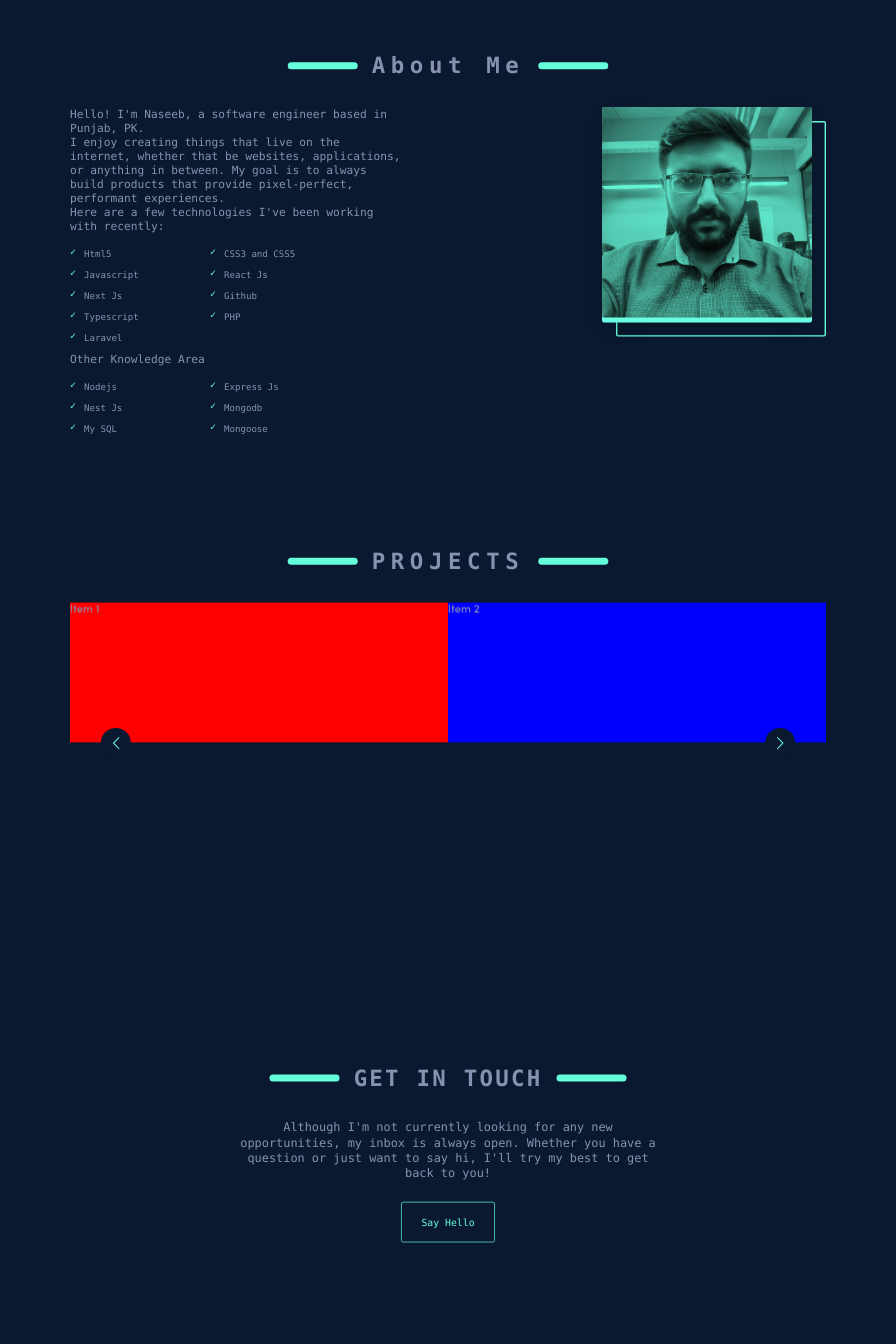
Repository: naseebali/naseebali.github.io
Page: /
These files come from the project's save history. The page is drawn as it stood at one moment and after the next save; the edit follows.
The browser window is 1280 px wide. The pictures show the part of the page from y = 777 to 2697 px (the page is 2825 px tall), at 70% of full size.
The project was rebuilt for these pictures with package versions that can differ from the ones it lists, and the page was loaded fresh each time. The framework's server and built-in components were replaced by stand-ins that run in the browser. Also part of the build but not shown: next.config.js.

Above is the page before, as saved 2020-06-26 20:53:40.

After the next save:
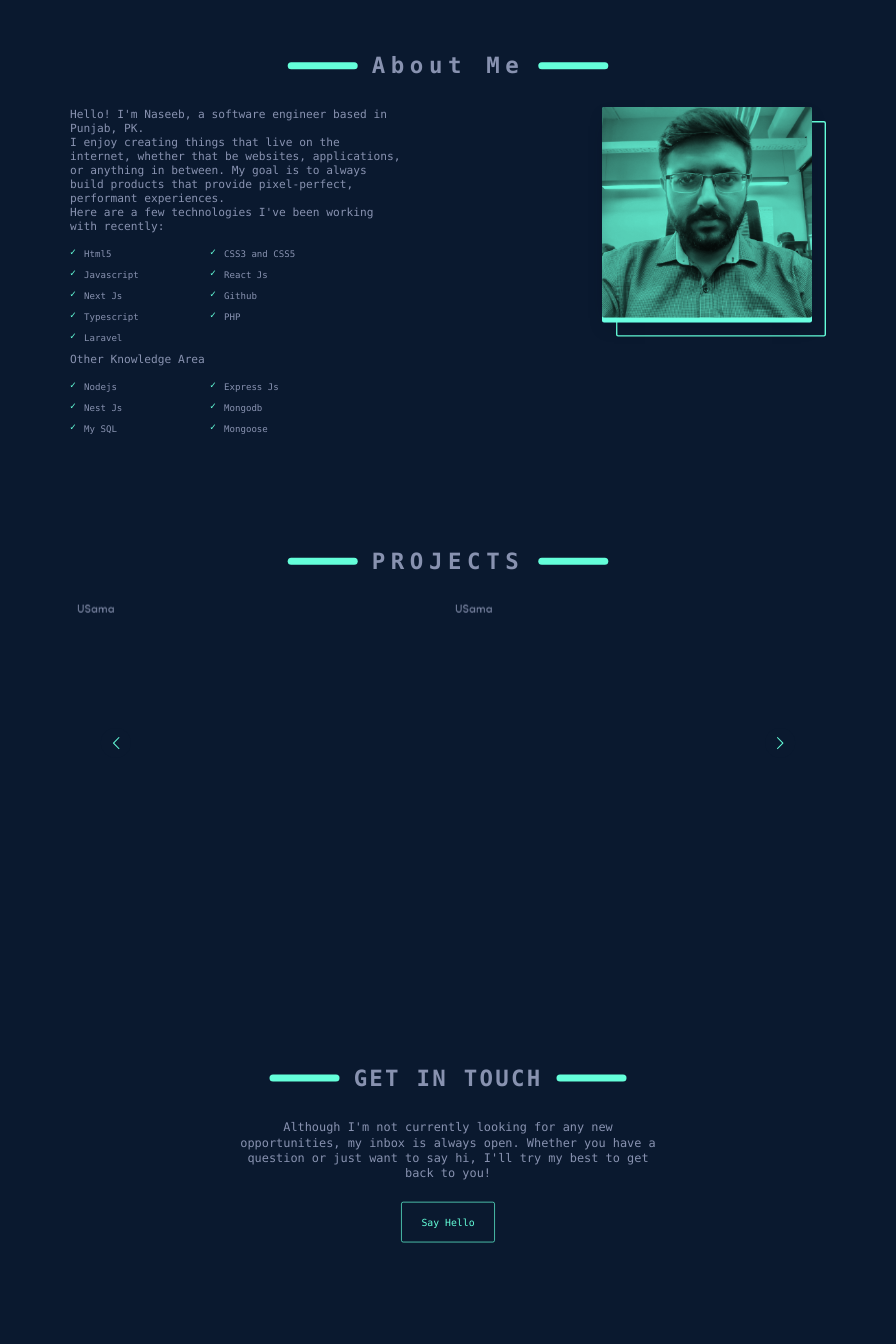
Saved 15 s later.
--- a/pages/Project.jsx
+++ b/pages/Project.jsx
@@ -206,10 +206,18 @@ const Projects = () => {
           dotListClass="custom-dot-list-style"
           responsive={responsive}
         >
-          <div style={{ background: "red", height: "200px" }}>Item 1</div>
-          <div style={{ background: "blue", height: "200px" }}>Item 2</div>
-          <div style={{ background: "yellow", height: "200px" }}>Item 3</div>
-          <div style={{ background: "pink", height: "200px" }}>Item 4</div>
+          <CarousalContainer style={{ background: "red", height: "200px" }}>
+            Item 1
+          </CarousalContainer>
+          <CarousalContainer style={{ background: "blue", height: "200px" }}>
+            Item 2
+          </CarousalContainer>
+          <CarousalContainer style={{ background: "yellow", height: "200px" }}>
+            Item 3
+          </CarousalContainer>
+          <CarousalContainer style={{ background: "pink", height: "200px" }}>
+            Item 4
+          </CarousalContainer>
         </Carousel>
       </div>
     </Section>
